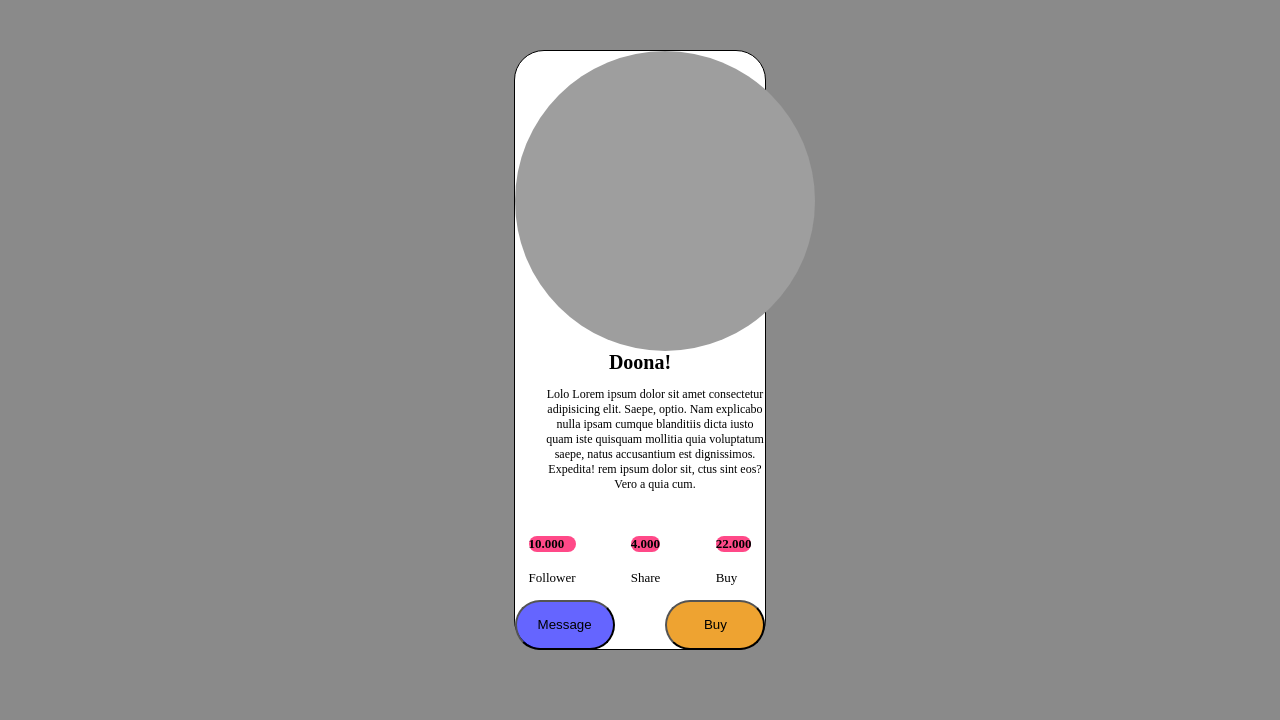
Repository: 16-Doffy/FE-UI
Page: Form-basic copy/index.html
The author's editor kept a copy of each file at every save. The page is drawn from the files as they stood at one save, then again after the next save.
The browser window is 1280 px wide. The pictures show the whole page.
Pictures or frames that could not be fetched are drawn as grey boxes.

Above is the page before, as saved 2024-12-25 20:01:28.

After the next save:
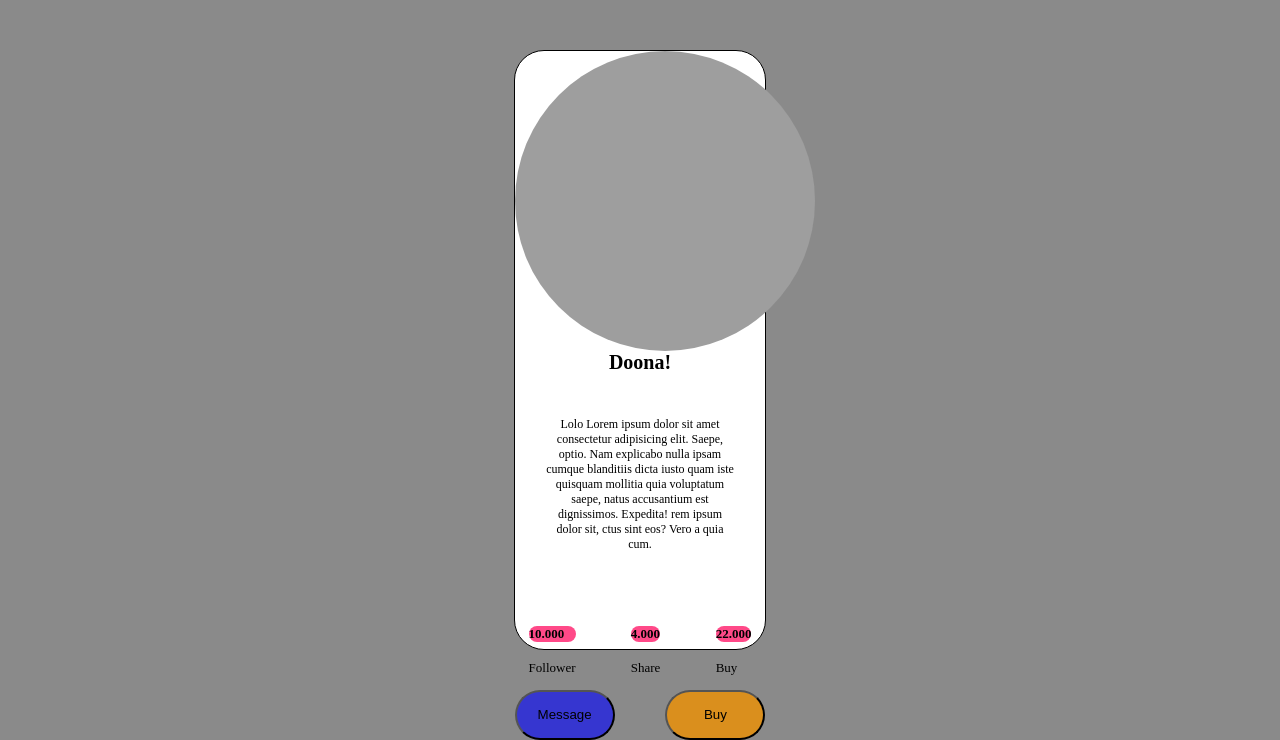
Saved 5 s later.
--- a/Form-basic copy/styles.css
+++ b/Form-basic copy/styles.css
@@ -48,7 +48,7 @@
 }
 
 .head-desc{
-  padding-left: 30px;
+  padding: 30px;
   display: flex;
   text-align: center;
   justify-content: center;
